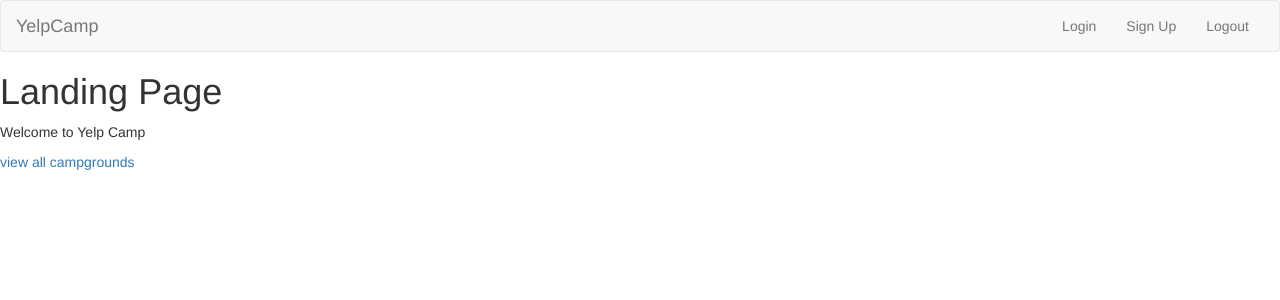
Repository: 19ycy91/myexercise
Page: http://localhost/
The author's editor kept a record of every edit. The page is drawn from the files as they stood at one moment, then again after a run of edits.
The browser window is 1280 px wide. The pictures show the whole page.
The page is served by the project's Node server (YelpCamp/v6/app.js).

Above is the page before.

After the next 2 edits:
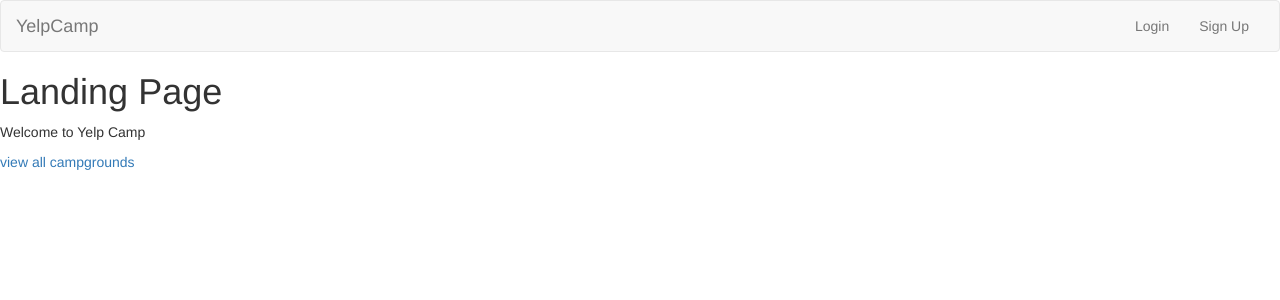
The 2 edits are shown as one change because 1 did not build or start.
The edit:
--- a/6_Projects_UsingBackEndandRESTfulRoutes/workspace/YelpCamp/v6/views/partials/header.ejs
+++ b/6_Projects_UsingBackEndandRESTfulRoutes/workspace/YelpCamp/v6/views/partials/header.ejs
@@ -14,9 +14,13 @@
             </div>
             <div class="collapse navbar-collapse">
                 <ul class="nav navbar-nav navbar-right">
+                    <% if (!currentUser){ %>
                     <li><a href="/login">Login</a></li>
                     <li><a href="/register">Sign Up</a></li>
+                    <% } else { %>
+                    <li> <a href="#">Signed in as <%= currentUser.username %></a> </li>
                     <li><a href="/logout">Logout</a></li>
+                    <% } %>
                 </ul>
             </div>
         </div>
